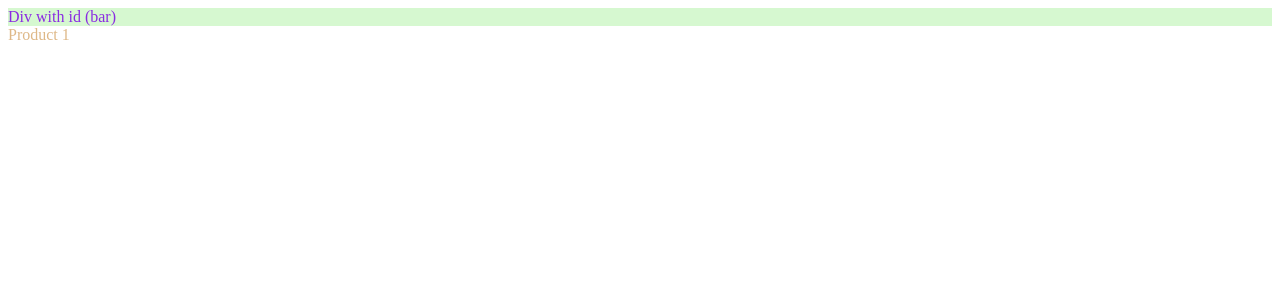
Repository: nihalani20/CSS-by-KG
Page: Practice set/index.html
The author's editor kept a copy of each file at every save. The page is drawn from the files as they stood at one save, then again after the next save.
The browser window is 1280 px wide. The pictures show the whole page.

Above is the page before, as saved 2023-11-24 18:22:49.

### Practice set/index.html
<!DOCTYPE html>
<html lang="en">
<head>
    <meta charset="UTF-8">
    <meta name="viewport" content="width=device-width, initial-scale=1.0">
    <title>project css level2</title>
<style>

#bar
{

    background-color: rgba(50, 219, 20, 0.2);
    color:blueviolet
}
/* give height as it doesn't know where to start and end */
main{
    color:burlywood;
    height: 500px;
}
#product{
     height: 200px;
     width:300px;
    /* background-image: url(images/kurt\ image.jpg);
    background-position: center;
    background-repeat: no-repeat;
    background-size: contain;
     background-color: aqua;  */


/* shorthand property
     background: aqua url(images/kurt\ image.jpg)
    no-repeat center  ; */
}
</style>
</head>
<body>
    <header><div id="bar">Div with id (bar)</div></header>

    <main>
        <div id="product">Product 1</div>
    </main>




</body>
</html>

After the next save:
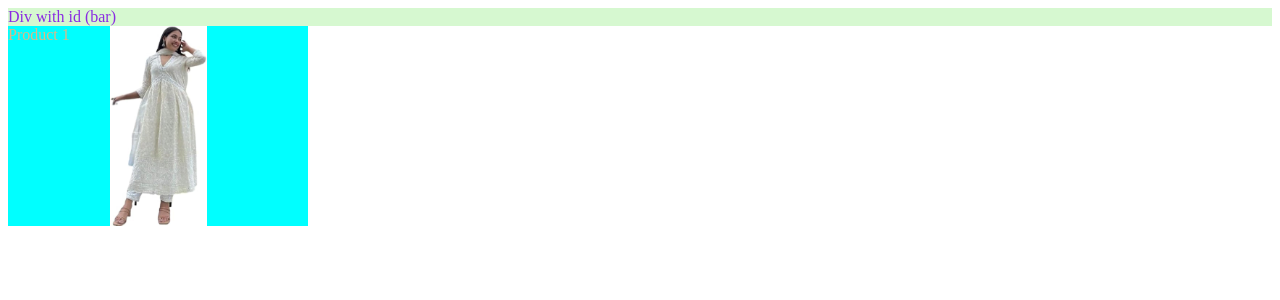
Saved 7 s later.
--- a/Practice set/index.html
+++ b/Practice set/index.html
@@ -20,11 +20,11 @@ main{
 #product{
      height: 200px;
      width:300px;
-    /* background-image: url(images/kurt\ image.jpg);
+    background-image: url(images/kurt\ image.jpg);
     background-position: center;
     background-repeat: no-repeat;
     background-size: contain;
-     background-color: aqua;  */
+     background-color: aqua;
 
 
 /* shorthand property
